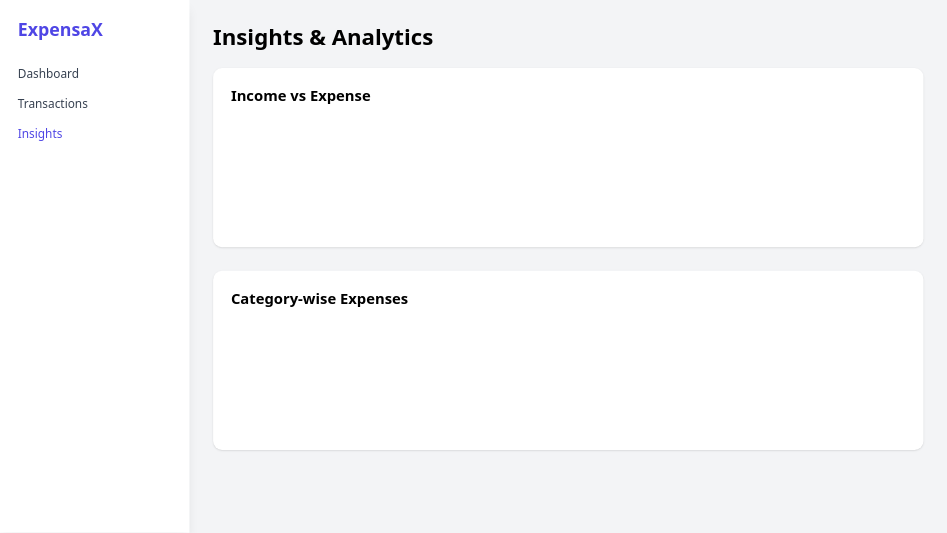
Repository: Shashank1-6/ExpensaX-Personal-Finance-Web-App
Page: frontend/insights.html
An editor plug-in stored every save of this project. The page is shown before and after the next save, followed by the edit.
The browser window is 1280 px wide. The pictures show the whole page, at 74% of full size.
The page's requests for data from a server got no answer. Some web libraries are served in a nearby version.

Above is the page before, as saved 2025-11-22 20:48:58.

### frontend/insights.html
<!DOCTYPE html>
<html lang="en">
<head>
  <meta charset="UTF-8">
  <meta name="viewport" content="width=device-width, initial-scale=1.0">
  <title>ExpensaX - Insights</title>

  <script src="https://cdn.tailwindcss.com"></script>
  <!-- Chart.js -->
  <script src="https://cdn.jsdelivr.net/npm/chart.js"></script>
</head>

<body class="bg-gray-100 flex">

  <!-- Sidebar -->
  <aside class="w-64 h-screen bg-white shadow-lg fixed left-0 top-0 p-6">
    <h2 class="text-2xl font-bold text-indigo-600 mb-8">ExpensaX</h2>

    <nav class="space-y-4">
      <a href="index.html" class="block font-medium text-gray-700 hover:text-indigo-600">Dashboard</a>
      <a href="transactions.html" class="block font-medium text-gray-700 hover:text-indigo-600">Transactions</a>
      <a href="insights.html" class="block font-medium text-indigo-600">Insights</a>
    </nav>
  </aside>

  <!-- Main Content -->
  <main class="ml-64 w-full p-8">
    <h1 class="text-3xl font-bold mb-6">Insights & Analytics</h1>

    <!-- Income vs Expense Pie -->
    <section class="bg-white p-6 rounded-xl shadow mb-8">
      <h2 class="text-xl font-semibold mb-4">Income vs Expense</h2>
      <canvas id="pieChart"></canvas>
    </section>

    <!-- Category bar chart -->
    <section class="bg-white p-6 rounded-xl shadow mb-8">
      <h2 class="text-xl font-semibold mb-4">Category-wise Expenses</h2>
      <canvas id="barChart"></canvas>
    </section>
  </main>

  <script type="module" src="js/api.js"></script>
  <script type="module" src="js/insights.js"></script>
</body>
</html>

### frontend/js/api.js
// api.js - central API helper

export const API_BASE_URL = "http://localhost:5000/api";

// GET /api/transactions
export async function fetchTransactions() {
  try {
    const res = await fetch(`${API_BASE_URL}/transactions`);
    return await res.json();
  } catch (err) {
    console.error("Error fetching transactions:", err);
    return [];
  }
}

// GET /api/transactions/stats
export async function fetchStats() {
  try {
    const res = await fetch(`${API_BASE_URL}/transactions/stats`);
    return await res.json();
  } catch (err) {
    console.error("Error fetching stats:", err);
    return { income: 0, expense: 0, balance: 0 };
  }
}

// POST /api/transactions
export async function addTransaction(data) {
  try {
    const res = await fetch(`${API_BASE_URL}/transactions`, {
      method: "POST",
      headers: { "Content-Type": "application/json" },
      body: JSON.stringify(data),
    });
    return await res.json();
  } catch (err) {
    console.error("Error adding transaction:", err);
  }
}

// DELETE /api/transactions/:id
export async function deleteTransaction(id) {
  try {
    await fetch(`${API_BASE_URL}/transactions/${id}`, {
      method: "DELETE",
    });
  } catch (err) {
    console.error("Error deleting transaction:", err);
  }
}

### frontend/js/insights.js
import { API_BASE_URL } from "./api.js";

async function fetchTransactions() {
  const res = await fetch(`${API_BASE_URL}/transactions`);
  return res.json();
}

function createPieChart(income, expense) {
  new Chart(document.getElementById("pieChart"), {
    type: "pie",
    data: {
      labels: ["Income", "Expense"],
      datasets: [{
        data: [income, expense],
        backgroundColor: ["#16A34A", "#DC2626"],
      }],
    },
  });
}

function createBarChart(categories) {
  new Chart(document.getElementById("barChart"), {
    type: "bar",
    data: {
      labels: Object.keys(categories),
      datasets: [{
        label: "Expenses",
        data: Object.values(categories),
        backgroundColor: "#6366F1",
      }],
    },
    options: {
      scales: { y: { beginAtZero: true } }
    }
  });
}

async function loadCharts() {
  const transactions = await fetchTransactions();

  // Pie Chart calculation
  const income = transactions
    .filter(t => t.type === "income")
    .reduce((sum, t) => sum + Number(t.amount), 0);

  const expense = transactions
    .filter(t => t.type === "expense")
    .reduce((sum, t) => sum + Number(t.amount), 0);

  createPieChart(income, expense);

  // Category expenses
  const categories = {};
  transactions.filter(t => t.type === "expense").forEach(t => {
    categories[t.category] = (categories[t.category] || 0) + Number(t.amount);
  });

  createBarChart(categories);
}

loadCharts();

After the next save:
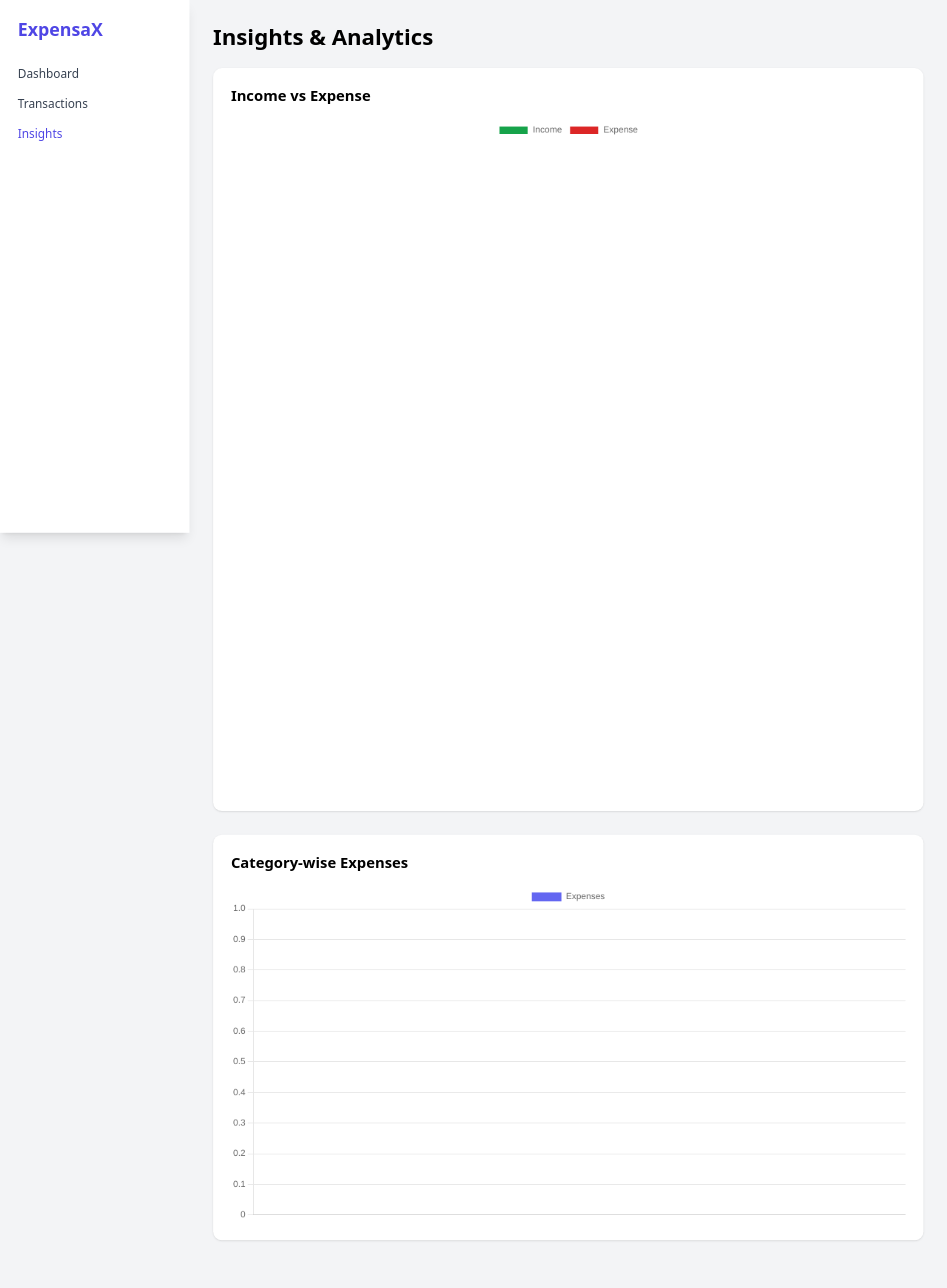
Saved 31 s later.
--- a/frontend/js/insights.js
+++ b/frontend/js/insights.js
@@ -1,61 +1,62 @@
-import { API_BASE_URL } from "./api.js";
-
-async function fetchTransactions() {
-  const res = await fetch(`${API_BASE_URL}/transactions`);
-  return res.json();
-}
+import { fetchStats, fetchTransactions } from "./api.js";
 
 function createPieChart(income, expense) {
-  new Chart(document.getElementById("pieChart"), {
-    type: "pie",
+  const ctx = document.getElementById("pieChart");
+  if (!ctx) return;
+
+  new Chart(ctx, {
+    type: "doughnut",
     data: {
       labels: ["Income", "Expense"],
       datasets: [{
         data: [income, expense],
-        backgroundColor: ["#16A34A", "#DC2626"],
-      }],
-    },
-  });
-}
-
-function createBarChart(categories) {
-  new Chart(document.getElementById("barChart"), {
-    type: "bar",
-    data: {
-      labels: Object.keys(categories),
-      datasets: [{
-        label: "Expenses",
-        data: Object.values(categories),
-        backgroundColor: "#6366F1",
-      }],
-    },
-    options: {
-      scales: { y: { beginAtZero: true } }
+        backgroundColor: ["#16A34A", "#DC2626"]
+      }]
     }
   });
 }
 
-async function loadCharts() {
+function createBarChart(categoriesObj) {
+  const ctx = document.getElementById("barChart");
+  if (!ctx) return;
+
+  const labels = Object.keys(categoriesObj);
+  const data = Object.values(categoriesObj);
+
+  new Chart(ctx, {
+    type: "bar",
+    data: {
+      labels,
+      datasets: [{
+        label: "Expenses",
+        data,
+        backgroundColor: "#6366F1"
+      }]
+    },
+    options: {
+      scales: {
+        y: { beginAtZero: true }
+      }
+    }
+  });
+}
+
+document.addEventListener("DOMContentLoaded", async () => {
+  const stats = await fetchStats();
   const transactions = await fetchTransactions();
 
-  // Pie Chart calculation
-  const income = transactions
-    .filter(t => t.type === "income")
-    .reduce((sum, t) => sum + Number(t.amount), 0);
+  // Pie chart
+  createPieChart(stats.income || 0, stats.expense || 0);
 
-  const expense = transactions
+  // Category expenses only (type = expense)
+  const categories = {};
+  transactions
     .filter(t => t.type === "expense")
-    .reduce((sum, t) => sum + Number(t.amount), 0);
-
-  createPieChart(income, expense);
-
-  // Category expenses
-  const categories = {};
-  transactions.filter(t => t.type === "expense").forEach(t => {
-    categories[t.category] = (categories[t.category] || 0) + Number(t.amount);
-  });
+    .forEach(t => {
+      const cat = t.category || "Other";
+      const amt = Number(t.amount) || 0;
+      categories[cat] = (categories[cat] || 0) + amt;
+    });
 
   createBarChart(categories);
-}
-
-loadCharts();
+});
